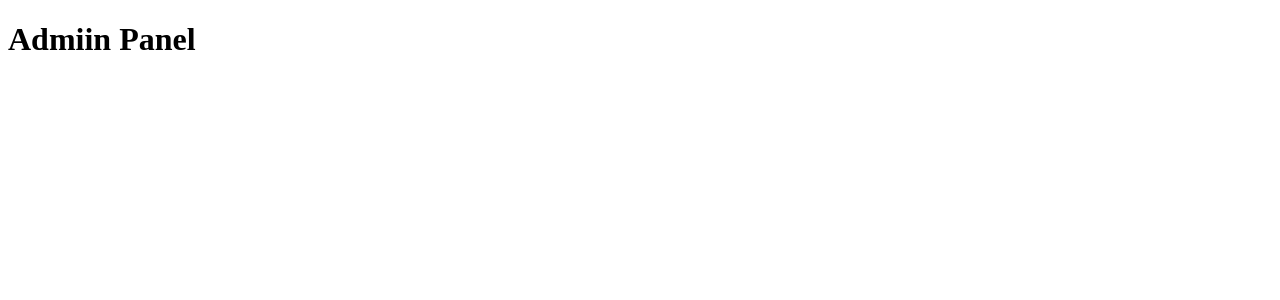
Repository: Gagan7259/Library_management
Page: http://localhost/Library_management/adminHome.jsp
An editor plug-in stored every save of this project. The page is shown before and after the next save, followed by the edit.
The browser window is 1280 px wide. The pictures show the whole page.
The page is served by Tomcat 10. The session is filled in as if someone had signed in: {"username": "testuser", "role": "admin"}.

Above is the page before, as saved 2025-07-18 09:25:37.

After the next save:
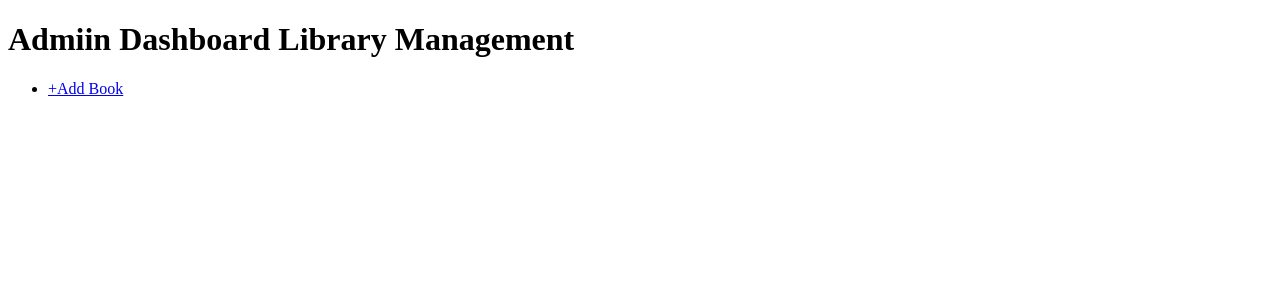
Saved 4 min 7 s later.
--- a/Library_management/src/main/webapp/adminHome.jsp
+++ b/Library_management/src/main/webapp/adminHome.jsp
@@ -1,6 +1,12 @@
 <%@page import="javax.management.relation.Role"%>
 <%@ page language="java" contentType="text/html; charset=UTF-8"
 	pageEncoding="UTF-8"%>
+	<%
+	HttpSession Adminsession = request.getSession(false);
+	if (session == null || !"admin".equals(session.getAttribute("role"))) {
+		response.sendRedirect("Login.jsp");
+	}
+	%>
 <!DOCTYPE html>
 <html>
 <head>
@@ -8,13 +14,10 @@
 <title>Admin Home</title>
 </head>
 <body>
-	<h1>Admiin Panel</h1>
+	<h1>Admiin Dashboard Library Management</h1>
+<ul>
+<li><a href="addBook.jsp">+Add Book</a></li>
+</ul>
 
-	<%
-	HttpSession Adminsession = request.getSession(false);
-	if (session == null || !"admin".equals(session.getAttribute("role"))) {
-		response.sendRedirect("Login.jsp");
-	}
-	%>
 </body>
 </html>
